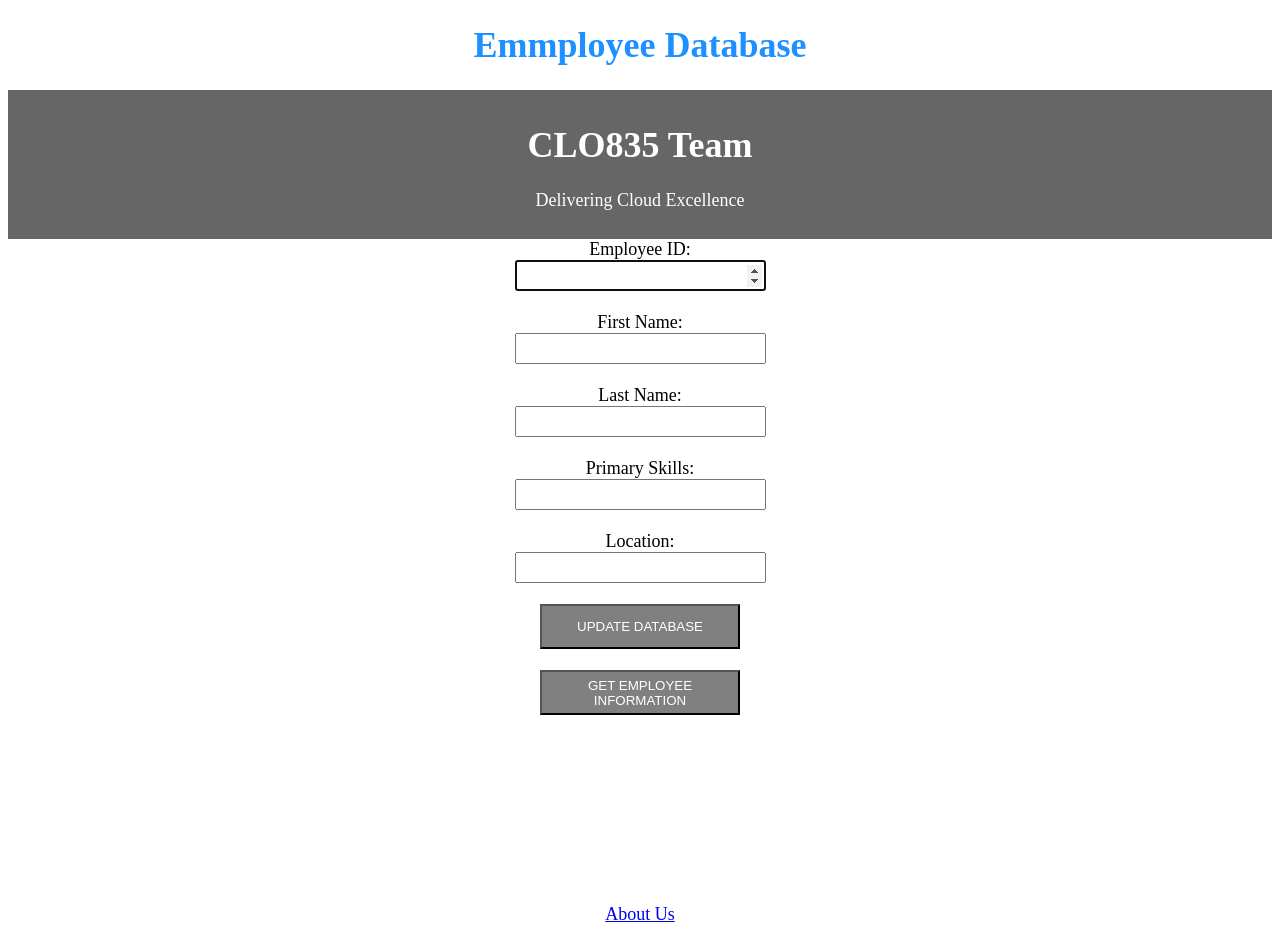
Repository: SushmitaBudhathokii/clo835-final
Page: http://localhost/
The author's editor kept a record of every edit. The page is drawn from the files as they stood at one moment, then again after the next edit.
The browser window is 1280 px wide. The pictures show the whole page.
Backgrounds fixed to the window are drawn as part of the page. The page is served by the project's application, run on Flask 3 (application-code/app.py).

Above is the page before.

### application-code/templates/addemp.html
<!DOCTYPE html>
<html>
<head>
	<title>Add Employee Information</title>
</head>
<center>
	<font color="black" size="4" style="font-family: avenir">

		<h1 style="color: DodgerBlue">Emmployee Database</h1>
	    <body style="background-image: url('{{ background_url}}'); background-size: cover; background-repeat: no-repeat; background-attachment: fixed;">
<header style="background-color: rgba(0,0,0,0.6); color: white; padding: 10px; text-align: center;">
  <h1>{{ group_name }}</h1>
  <p>{{ group_slogan }}</p>
</header>
			<form action="/addemp" autocomplete="on" method = "POST" enctype="multipart/form-data">



		  		Employee ID:<br> <input style="height:25px;font-size:14pt; color:grey;" type="number" name="emp_id" autofocus size="40"><br><br>

		  		First Name:<br> <input style="height:25px;font-size:14pt;color:grey;" type="text" name="first_name" ><br><br>

		  		Last Name:<br> <input style="height:25px;font-size:14pt;color:grey;" type="text" name="last_name"><br><br>

		  		Primary Skills:<br> <input style="height:25px;font-size:14pt;color:grey;" type="text" name="primary_skill"><br><br>

		  		Location:<br> <input style="height:25px;font-size:14pt;color:grey;" type="text" name="location"><br><br>

		  		<button type="submit" style="background: grey; height: 45px; width: 200px; color: white; size: 5; font:oblique;">UPDATE DATABASE</button><br><br>
		  		<button type="submit" formaction="/getemp" style="background: grey; height: 45px; width: 200px; color:white; font:oblique;">GET EMPLOYEE INFORMATION</button><br><br>

			</form>
			<br><br><br><br><br><br><br><br>
            <a href="/about">About Us</a>
		</body>

	</font>
</center>
</html>

### application-code/app.py
from flask import Flask, render_template, request
from pymysql import connections
import os
import argparse
import boto3
import logging

app = Flask(__name__)

# DB Config from environment (Secrets in K8s)
DBHOST = os.environ.get("DBHOST", "localhost")
DBUSER = os.environ.get("DBUSER", "root")
DBPWD = os.environ.get("DBPWD", "password")
DATABASE = os.environ.get("DATABASE", "employees")
DBPORT = int(os.environ.get("DBPORT", 3306))

# Group info from ConfigMap
GROUP_NAME = os.environ.get("GROUP_NAME", "CLO835 Team")
GROUP_SLOGAN = os.environ.get("GROUP_SLOGAN", "Delivering Cloud Excellence")

# Background image info from ConfigMap
BG_BUCKET = os.environ.get("BG_BUCKET")
BG_KEY = os.environ.get("BG_KEY")  # e.g., "background.jpg"

# AWS credentials from Secrets
AWS_ACCESS_KEY_ID = os.environ.get("AWS_ACCESS_KEY_ID")
AWS_SECRET_ACCESS_KEY = os.environ.get("AWS_SECRET_ACCESS_KEY")
AWS_REGION = os.environ.get("AWS_REGION", "us-east-1")

# Static file path
BG_LOCAL_PATH = os.path.join("static", "background.jpg")

# Logging setup
logging.basicConfig(level=logging.INFO)

# Download background image from private S3
def download_background():
    if not BG_BUCKET or not BG_KEY:
        app.logger.warning("Background image S3 details are not set.")
        return
    try:
        s3_client = boto3.client(
            "s3",
            aws_access_key_id=AWS_ACCESS_KEY_ID,
            aws_secret_access_key=AWS_SECRET_ACCESS_KEY,
            region_name=AWS_REGION
        )
        s3_client.download_file(BG_BUCKET, BG_KEY, BG_LOCAL_PATH)
        app.logger.info(f"Background image downloaded from s3://{BG_BUCKET}/{BG_KEY}")
    except Exception as e:
        app.logger.error(f"Failed to download background image: {e}")

# MySQL Connection
db_conn = connections.Connection(
    host=DBHOST,
    port=DBPORT,
    user=DBUSER,
    password=DBPWD,
    db=DATABASE
)

@app.route("/", methods=['GET', 'POST'])
def home():
    return render_template('addemp.html', group_name=GROUP_NAME, group_slogan=GROUP_SLOGAN)

@app.route("/about", methods=['GET','POST'])
def about():
    return render_template('about.html', group_name=GROUP_NAME, group_slogan=GROUP_SLOGAN)

@app.route("/addemp", methods=['POST'])
def AddEmp():
    emp_id = request.form['emp_id']
    first_name = request.form['first_name']
    last_name = request.form['last_name']
    primary_skill = request.form['primary_skill']
    location = request.form['location']

    insert_sql = "INSERT INTO employee VALUES (%s, %s, %s, %s, %s)"
    cursor = db_conn.cursor()
    try:
        cursor.execute(insert_sql, (emp_id, first_name, last_name, primary_skill, location))
        db_conn.commit()
        emp_name = f"{first_name} {last_name}"
    finally:
        cursor.close()

    return render_template('addempoutput.html', name=emp_name, group_name=GROUP_NAME, group_slogan=GROUP_SLOGAN)

@app.route("/getemp", methods=['GET', 'POST'])
def GetEmp():
    return render_template("getemp.html", group_name=GROUP_NAME, group_slogan=GROUP_SLOGAN)

@app.route("/fetchdata", methods=['GET','POST'])
def FetchData():
    emp_id = request.form['emp_id']
    output = {}
    select_sql = "SELECT emp_id, first_name, last_name, primary_skill, location FROM employee WHERE emp_id=%s"
    cursor = db_conn.cursor()

    try:
        cursor.execute(select_sql, (emp_id,))
        result = cursor.fetchone()
        if result:
            output["emp_id"], output["first_name"], output["last_name"], output["primary_skills"], output["location"] = result
        else:
            return f"No employee found with ID {emp_id}"
    except Exception as e:
        app.logger.error(e)
    finally:
        cursor.close()

    return render_template(
        "getempoutput.html",
        id=output["emp_id"],
        fname=output["first_name"],
        lname=output["last_name"],
        interest=output["primary_skills"],
        location=output["location"],
        group_name=GROUP_NAME,
        group_slogan=GROUP_SLOGAN
    )

if __name__ == '__main__':
    parser = argparse.ArgumentParser()
    parser.add_argument('--port', required=False, type=int, default=81)
    args = parser.parse_args()

    download_background()
    app.run(host='0.0.0.0', port=args.port, debug=True)

After the next edit:
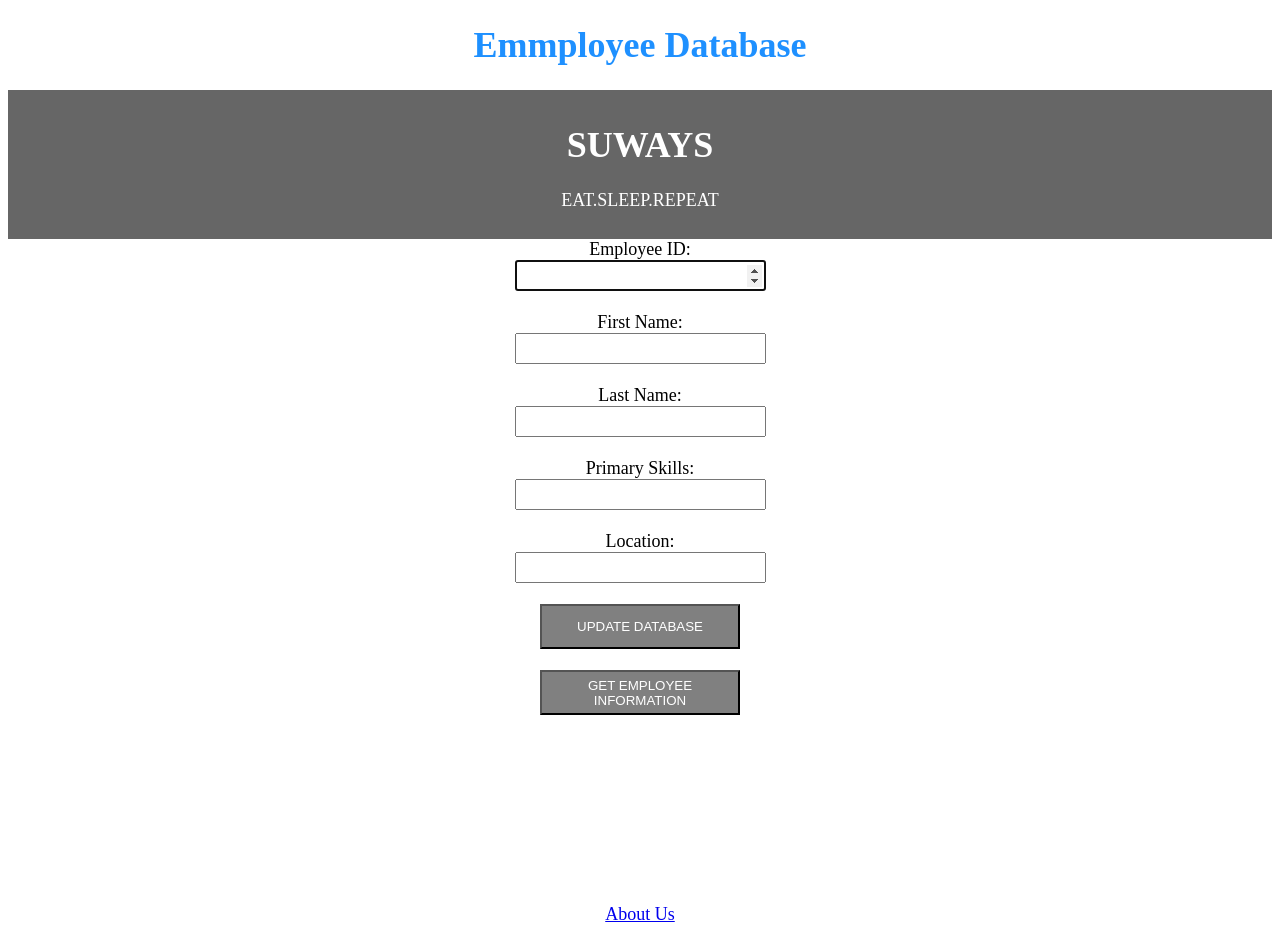
The edit:
--- a/application-code/app.py
+++ b/application-code/app.py
@@ -15,8 +15,8 @@
 DBPORT = int(os.environ.get("DBPORT", 3306))
 
 # Group info from ConfigMap
-GROUP_NAME = os.environ.get("GROUP_NAME", "CLO835 Team")
-GROUP_SLOGAN = os.environ.get("GROUP_SLOGAN", "Delivering Cloud Excellence")
+GROUP_NAME = os.environ.get("GROUP_NAME", "SUWAYS")
+GROUP_SLOGAN = os.environ.get("GROUP_SLOGAN", "EAT.SLEEP.REPEAT")
 
 # Background image info from ConfigMap
 BG_BUCKET = os.environ.get("BG_BUCKET")
